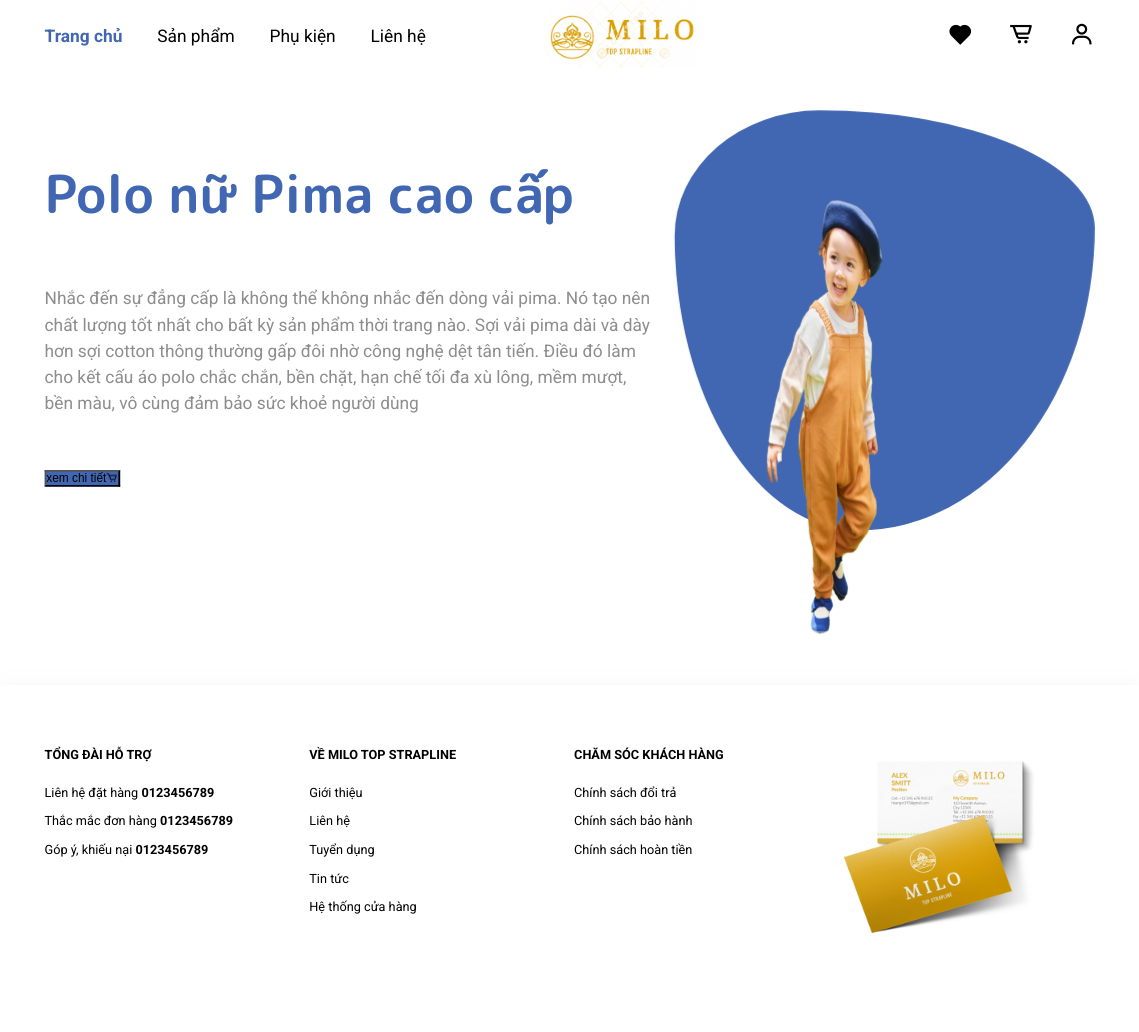
Repository: QuyHoang99k/shop
Page: /
An editor plug-in stored every save of this project. The page is shown before and after the next save, followed by the edit.
The browser window is 1280 px wide. The pictures show the whole page, at 89% of full size.
The project was rebuilt for these pictures with package versions that can differ from the ones it lists, and the page was loaded fresh each time. Also part of the build but not shown: src/pages/Catalog.jsx, src/pages/Cart.jsx, src/pages/Product.jsx.

Above is the page before, as saved 2021-10-18 19:38:35.

After the next save:
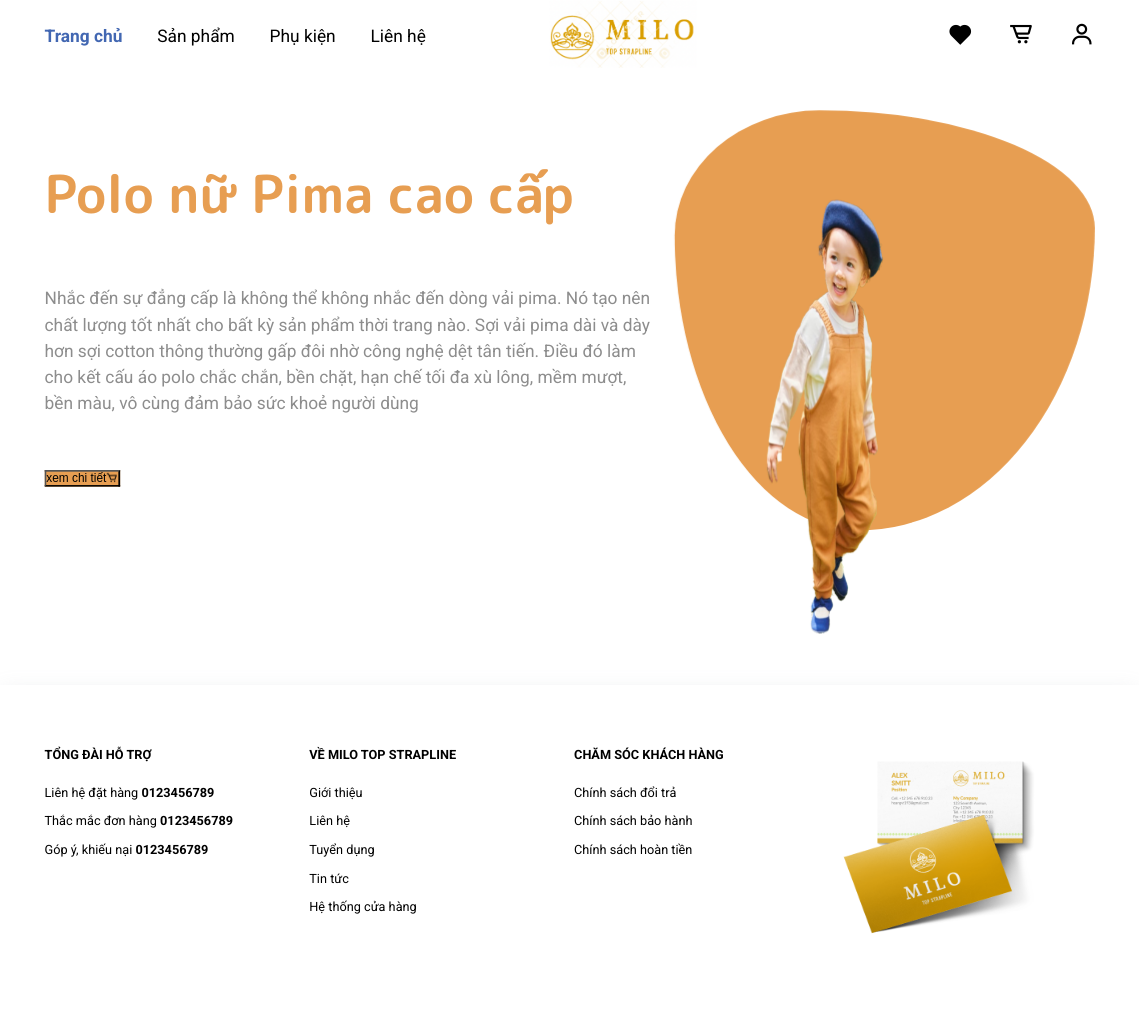
Saved 6 min 47 s later.
--- a/src/sass/_variables.scss
+++ b/src/sass/_variables.scss
@@ -16,7 +16,7 @@
 $box-shadow: rgba(149,157,165,0.2) 0px 8px 24px;
 
 $colors:(
-  "blue":#4267b2,
+  "blue":#E79E52,
   "orange":#fbb96b,
   "pink":#fe7e73,
   "white":#fff,
